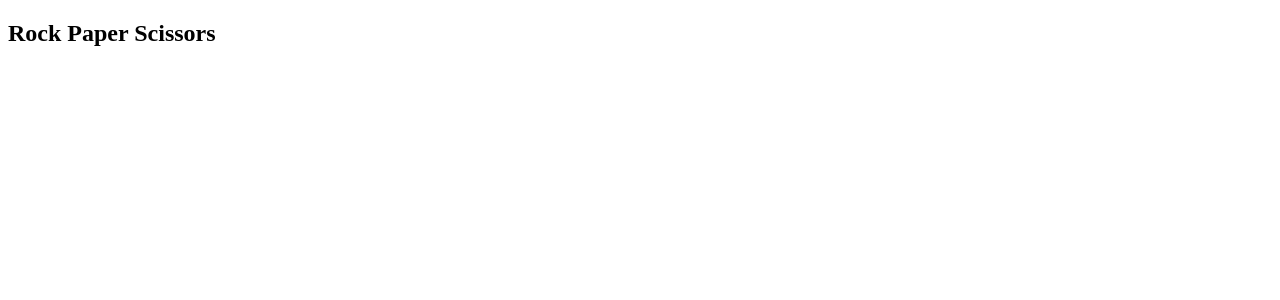
Repository: Aaryan-Poria/Rock-Paper-Scissors
Page: index.html
An editor plug-in stored every save of this project. The page is shown before and after the next save, followed by the edit.
The browser window is 1280 px wide. The pictures show the whole page.

Above is the page before, as saved 2023-08-20 16:01:16.

### index.html
<!DOCTYPE html>
<html lang="en">
  <head>
    <meta charset="UTF-8" />
    <meta name="viewport" content="width=device-width, initial-scale=1.0" />
    <title>Rock Paper Scissors</title>
  </head>

  <body>
    <section class="head">
      <h2>Rock Paper Scissors</h2>
    </section>
    <!-- <section class="main">
      <div class="main-text">
        <h3>Choose your weapon</h3>
        <p>First to 5 points wins the game</p>
      </div>
      <div class="player-text">
        <p class="qmark 1">?</p>
        <p class="score 1">Player: 0</p>
      </div>
      <div class="comp-text">
        <p class="qmark 2">?</p>
        <p class="score 2">Computer: 0</p>
      </div>
    </section> -->
  </body>
</html>

### style.css
body {
  display: flex;
  flex-direction: column;
}
.head > h2 {
  border: 1px solid red;
}

After the next save:
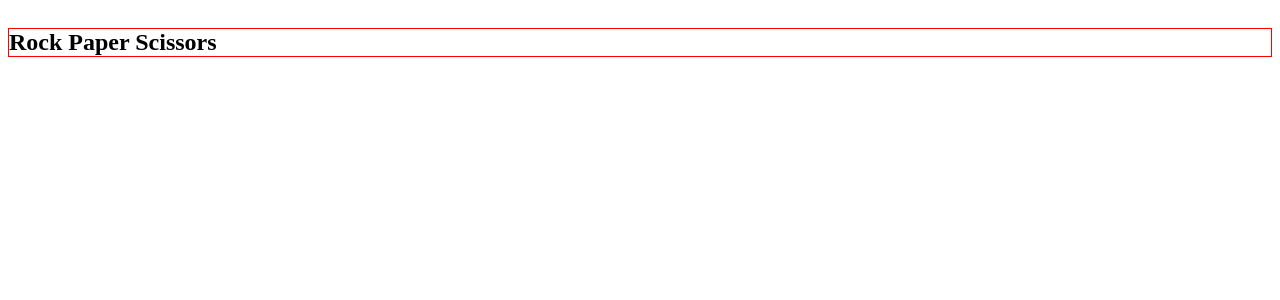
Saved 10 s later.
--- a/index.html
+++ b/index.html
@@ -4,6 +4,7 @@
     <meta charset="UTF-8" />
     <meta name="viewport" content="width=device-width, initial-scale=1.0" />
     <title>Rock Paper Scissors</title>
+    <link rel="stylesheet" href="style.css" />
   </head>
 
   <body>
